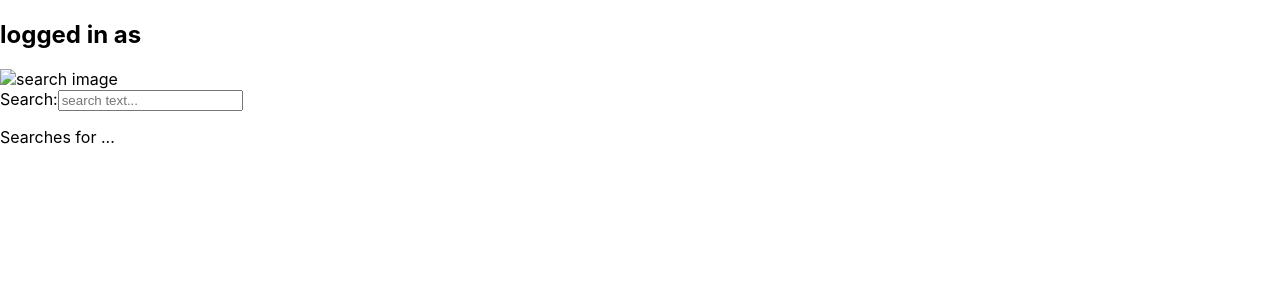
Repository: Paveldub/react-testing-library
Page: /
These files come from the project's save history. The page is drawn as it stood at one moment and after the next save; the edit follows.
The browser window is 1280 px wide. The pictures show the whole page.
The project was rebuilt for these pictures with package versions that can differ from the ones it lists, and the page was loaded fresh each time. Also part of the build but not shown: src/App.css.

Above is the page before, as saved 2021-10-14 17:56:44.

After the next save:
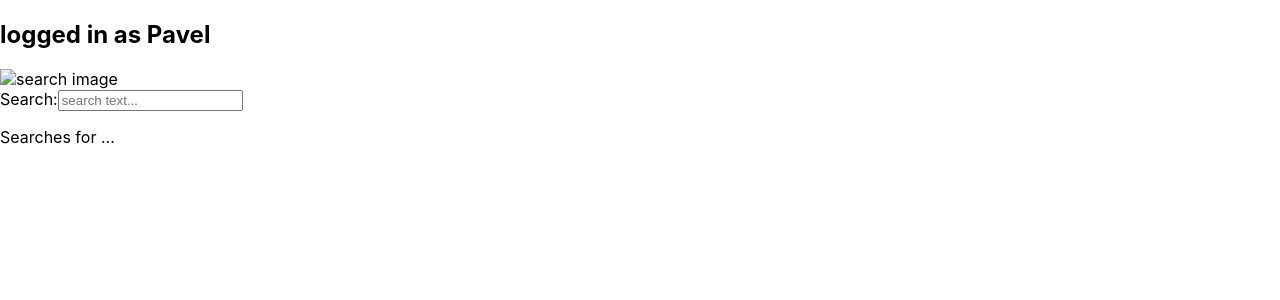
Saved 6 s later.
--- a/src/App.js
+++ b/src/App.js
@@ -34,7 +34,7 @@
 
   return (
     <div>
-      {user && <h2>logged in as {}</h2>}
+      {user && <h2>logged in as {user.name}</h2>}
       <img src="" alt="search image" />
       <Search value={search} onChange={handleChange}>
         Search:
